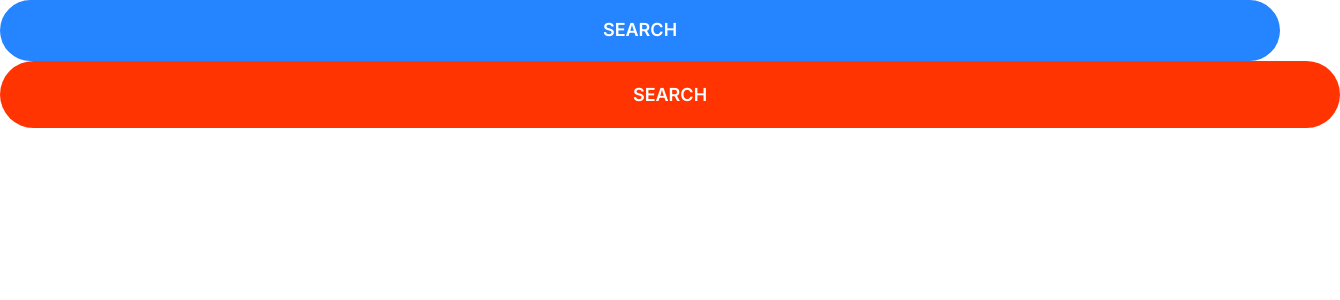
Repository: Qiwenweiii/CodeWithMosh
Page: index.html
The author's editor kept a copy of each file at every save. The page is drawn from the files as they stood at one save, then again after the next save.
The browser window is 1280 px wide. The page is 1340 px wide, then 1280 px, so the pictures cover 1340 px, including what lies to the right of the window. The pictures show the whole page.

Above is the page before, as saved 2021-11-11 20:52:21.

### index.html
<!DOCTYPE html>
<html>

<head>
    <title>CodeWithMosh</title>
    <meta charset="UTF-8" />

    <link rel="preconnect" href="https://fonts.googleapis.com" />
    <link rel="preconnect" href="https://fonts.gstatic.com" crossorigin />
    <link href="https://fonts.googleapis.com/css2?family=Inter:wght@400;600;700&display=swap" rel="stylesheet" />

    <link rel="stylesheet" href="./styles/normalize.css" />
    <link rel="stylesheet" href="./styles/styles.css" />
</head>

<body>
    <!-- <div class="input-group"> -->
    <!-- <input type="text" class="input" placeholder="Enter domain name here" /> -->
    <button class="btn btn--primary btn--block">Search</button>
    <a href="#" class="btn btn--accent btn--block">Search</a>
    <!-- </div> -->
</body>

</html>

### styles/styles.css
:root {
    /* 定义配色变量 */
    /* 主体配色 */
    --color-primary: #2584ff;
    --color-secondary: #00d9ff;
    --color-accent: #ff3400;
    /* 文本配色 */
    --color-headings: #1b0760;
    --color-body: #918ca4;
    --color-border: #ccc;
    --border-radius: 30px;
}


/* 字体配置 */


/* 设置默认字体大小 */

html {
    /* 默认字体大小是16px，62.5%是10px */
    font-size: 62.5%;
}


/* 设置字体，字体大小和文本颜色 */

body {
    font-family: Inter, Arial, Helvetica, sans-serif;
    color: var(--color-body);
    font-size: 2.4rem;
    line-height: 1.5;
}

h1,
h2,
h3 {
    color: var(--color-headings);
    margin-bottom: 1rem;
}

h1 {
    font-size: 7rem;
}

h2 {
    font-size: 4rem;
}

h3 {
    font-size: 3rem;
}

p {
    margin-top: 0;
}


/* PC端页面字体大小 */

@media screen and (min-width: 1024px) {
    body {
        font-size: 1.8rem;
    }
    h1 {
        font-size: 8rem;
    }
    h3 {
        font-size: 2.4rem;
    }
}


/* 链接配置,Links */

a {
    text-decoration: none;
}

.link-arrow {
    color: var(--color-accent);
    text-transform: uppercase;
    font-size: 2rem;
    font-weight: bold;
}

.link-arrow::after {
    content: "-->";
    margin-left: 5px;
    transition: margin 0.15s;
}

.link-arrow:hover::after {
    margin-left: 10px;
}

@media screen and (min-width: 1024px) {
    .link-arrow {
        font-size: 1.5rem;
    }
}


/* 标签的样式 */


/* 结构 */

.badge {
    border-radius: 20px;
    padding: 0.5rem 2rem;
    font-weight: 600;
    font-size: 2rem;
    white-space: nowrap;
}


/* 外观，常规标签 */

.badge--primary {
    background: var(--color-primary);
    color: #fff;
}

.badge--secondary {
    background: var(--color-secondary);
    color: #fff;
}


/* 小标签 */

.badge--small {
    font-size: 1.6rem;
}

@media screen and (min-width: 1024px) {
    .badge {
        font-size: 1.5rem;
    }
    .badge--small {
        font-size: 1.2rem;
    }
}


/* 列表 */

.list {
    list-style: none;
    padding-left: 0;
    color: var(--color-headings);
}

.list--inline .list__item {
    display: inline-block;
    margin-right: 2rem;
}

.list--tick {
    padding-left: 3rem;
    list-style-image: url(../images/tick.svg);
}

.list--tick .list__item {
    padding-left: 0.5rem;
    margin-bottom: 1rem;
}

@media screen and (min-width: 1024px) {
    .list--tick .list__item {
        padding-left: 0;
    }
}


/* Icon，图标 */

.icon-container {
    display: flex;
    justify-content: center;
    align-items: center;
    background: #f3f9fa;
    width: 64px;
    height: 64px;
    border-radius: 100%;
}

.icon {
    width: 40px;
    height: 40px;
}

.icon--primary {
    fill: var(--color-primary);
}


/* 按钮组件 */

.btn {
    font-size: 1.8rem;
    font-weight: 600;
    text-transform: uppercase;
    text-align: center;
    padding: 2rem 3rem;
    border: 0;
    border-radius: 40px;
    cursor: pointer;
    white-space: nowrap;
}

.btn--primary {
    background-color: var(--color-primary);
    color: #fff;
}

.btn--primary:hover {
    background-color: #3a8ffd;
}

.btn--secondary {
    background-color: var(--color-secondary);
    color: #fff;
}

.btn--secondary:hover {
    background-color: #00c8eb;
}

.btn--accent {
    background-color: var(--color-accent);
    color: #fff;
}

.btn--accent:hover {
    background-color: #ec3000;
}

.btn--block {
    width: 100%;
    display: inline-block;
}


/* 输入框组件 */

.input {
    padding: 1.5rem 3.5rem;
    border: 1px solid var(--color-border);
    border-radius: var(--border-radius);
    outline: none;
    color: var(--color-headings);
    font-size: 2rem;
}

::placeholder {
    color: #cdcdb7;
}

.input-group {
    border: 1px solid var(--color-border);
    border-radius: var(--border-radius);
}

@media screen and (min-width: 1024px) {
    .input {
        font-size: 1.5rem;
    }
}

Loaded but not shown: styles/normalize.css (library)

After the next save:
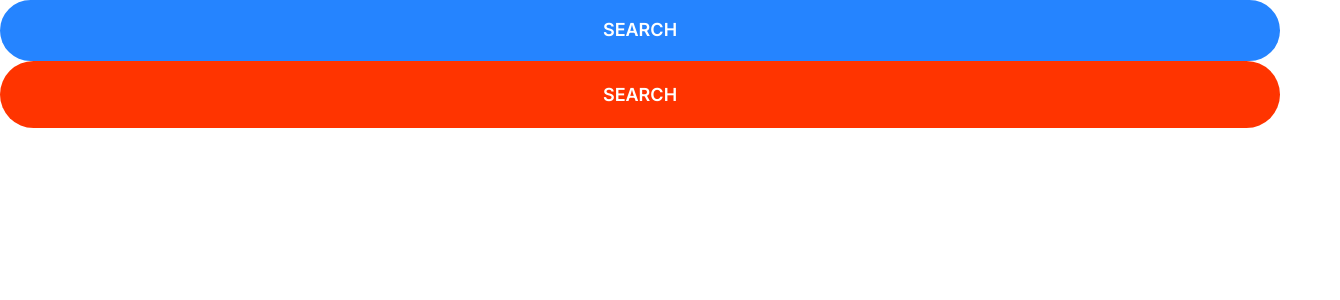
Saved 52 s later.
--- a/styles/styles.css
+++ b/styles/styles.css
@@ -11,6 +11,12 @@
     --border-radius: 30px;
 }
 
+*,
+*::before,
+*::after {
+    box-sizing: border-box;
+}
+
 
 /* 字体配置 */
 
